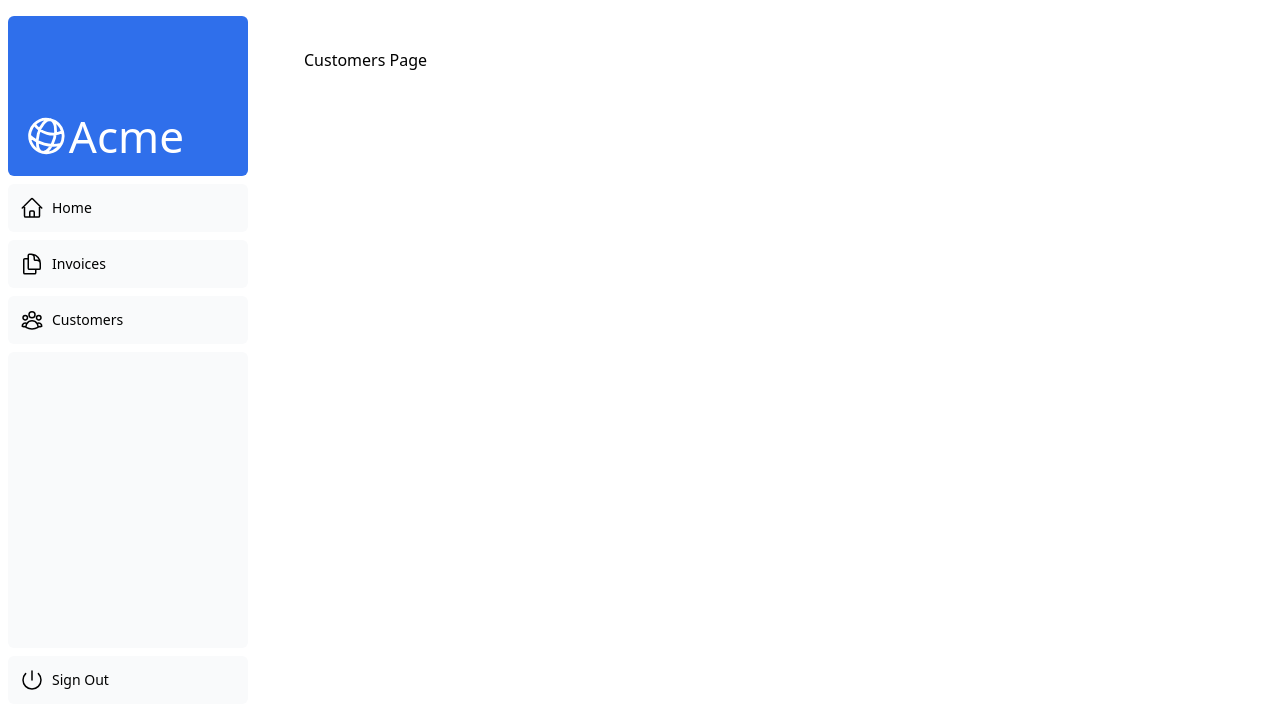
Repository: jaan0/nextjs
Page: /dashboard/customers (app in nextjs-dashboard/)
An editor plug-in stored every save of this project. The page is shown before and after the next save, followed by the edit.
The browser window is 1280 px wide. The pictures show the whole page.
The project was rebuilt for these pictures with package versions that can differ from the ones it lists, and the page was loaded fresh each time. The framework's server and built-in components were replaced by stand-ins that run in the browser. Also part of the build but not shown: nextjs-dashboard/next.config.js.

Above is the page before, as saved 2024-05-26 20:46:27.

### nextjs-dashboard/app/ui/dashboard/sidenav.tsx
import Link from 'next/link';
import NavLinks from '@/app/ui/dashboard/nav-links';
import AcmeLogo from '@/app/ui/acme-logo';
import { PowerIcon } from '@heroicons/react/24/outline';

export default function SideNav() {
  return (
    <div className="flex h-full flex-col px-3 py-4 md:px-2">
      <Link
        className="mb-2 flex h-20 items-end justify-start rounded-md bg-blue-600 p-4 md:h-40"
        href="/"
      >
        <div className="w-32 text-white md:w-40">
          <AcmeLogo />
        </div>
      </Link>
      <div className="flex grow flex-row justify-between space-x-2 md:flex-col md:space-x-0 md:space-y-2">
        <NavLinks />
        <div className="hidden h-auto w-full grow rounded-md bg-gray-50 md:block"></div>
        <form>
          <button className="flex h-[48px] w-full grow items-center justify-center gap-2 rounded-md bg-gray-50 p-3 text-sm font-medium hover:bg-sky-100 hover:text-blue-600 md:flex-none md:justify-start md:p-2 md:px-3">
            <PowerIcon className="w-6" />
            <div className="hidden md:block">Sign Out</div>
          </button>
        </form>
      </div>
    </div>
  );
}

### nextjs-dashboard/app/ui/dashboard/nav-links.tsx
'use client';

import {
  UserGroupIcon,
  HomeIcon,
  DocumentDuplicateIcon,
} from '@heroicons/react/24/outline';
import Link from 'next/link';
import { usePathname } from 'next/navigation';
import clsx from 'clsx';

// Map of links to display in the side navigation.
// Depending on the size of the application, this would be stored in a database.
const links = [
  { name: 'Home', href: '/dashboard', icon: HomeIcon },
  {
    name: 'Invoices',
    href: '/dashboard/invoices',
    icon: DocumentDuplicateIcon,
  },
  { name: 'Customers', href: '/dashboard/customers', icon: UserGroupIcon },
];

export default function NavLinks() {
  const pathname = usePathname();
  return (
    <>
      {links.map((link) => {
        const LinkIcon = link.icon;
        return (
          <Link
            key={link.name}
            href={link.href}
            className="flex h-[48px] grow items-center justify-center gap-2 rounded-md bg-gray-50 p-3 text-sm font-medium hover:bg-sky-100 hover:text-blue-600 md:flex-none md:justify-start md:p-2 md:px-3"
          >
            <LinkIcon className="w-6" />
            <p className="hidden md:block">{link.name}</p>
          </Link>
        );
      })}
    </>
  );
}

### nextjs-dashboard/app/ui/acme-logo.tsx
import { GlobeAltIcon } from '@heroicons/react/24/outline';
import { lusitana } from '@/app/ui/fonts';

export default function AcmeLogo() {
  return (
    <div
      className={`$ {lusitana.className} flex flex-row items-center leading-none text-white`}
    >
      <GlobeAltIcon className="h-12 w-12 rotate-[15deg]" />
      <p className="text-[44px]">Acme</p>
    </div>
  );
}

Loaded but not shown: nextjs-dashboard/app/layout.tsx (common file); nextjs-dashboard/app/dashboard/layout.tsx (common file); nextjs-dashboard/app/dashboard/customers/page.tsx (common file); nextjs-dashboard/app/ui/global.css (common file); nextjs-dashboard/tailwind.config.ts (common file)

After the next save:
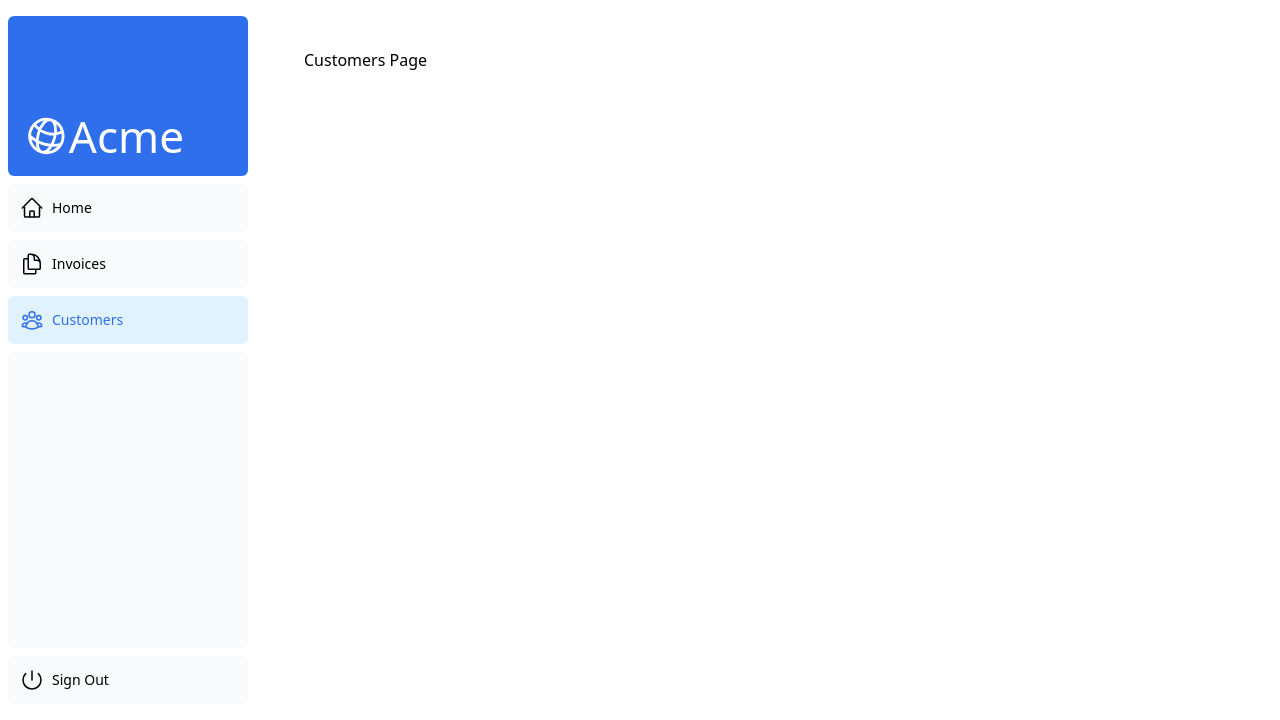
Saved 45 s later.
--- a/nextjs-dashboard/app/ui/dashboard/nav-links.tsx
+++ b/nextjs-dashboard/app/ui/dashboard/nav-links.tsx
@@ -31,7 +31,13 @@ export default function NavLinks() {
           <Link
             key={link.name}
             href={link.href}
-            className="flex h-[48px] grow items-center justify-center gap-2 rounded-md bg-gray-50 p-3 text-sm font-medium hover:bg-sky-100 hover:text-blue-600 md:flex-none md:justify-start md:p-2 md:px-3"
+           className={clsx(
+              'flex h-[48px] grow items-center justify-center gap-2 rounded-md bg-gray-50 p-3 text-sm font-medium hover:bg-sky-100 hover:text-blue-600 md:flex-none md:justify-start md:p-2 md:px-3',
+              {
+                'bg-sky-100 text-blue-600': pathname === link.href,
+              },
+            )}
+
           >
             <LinkIcon className="w-6" />
             <p className="hidden md:block">{link.name}</p>
